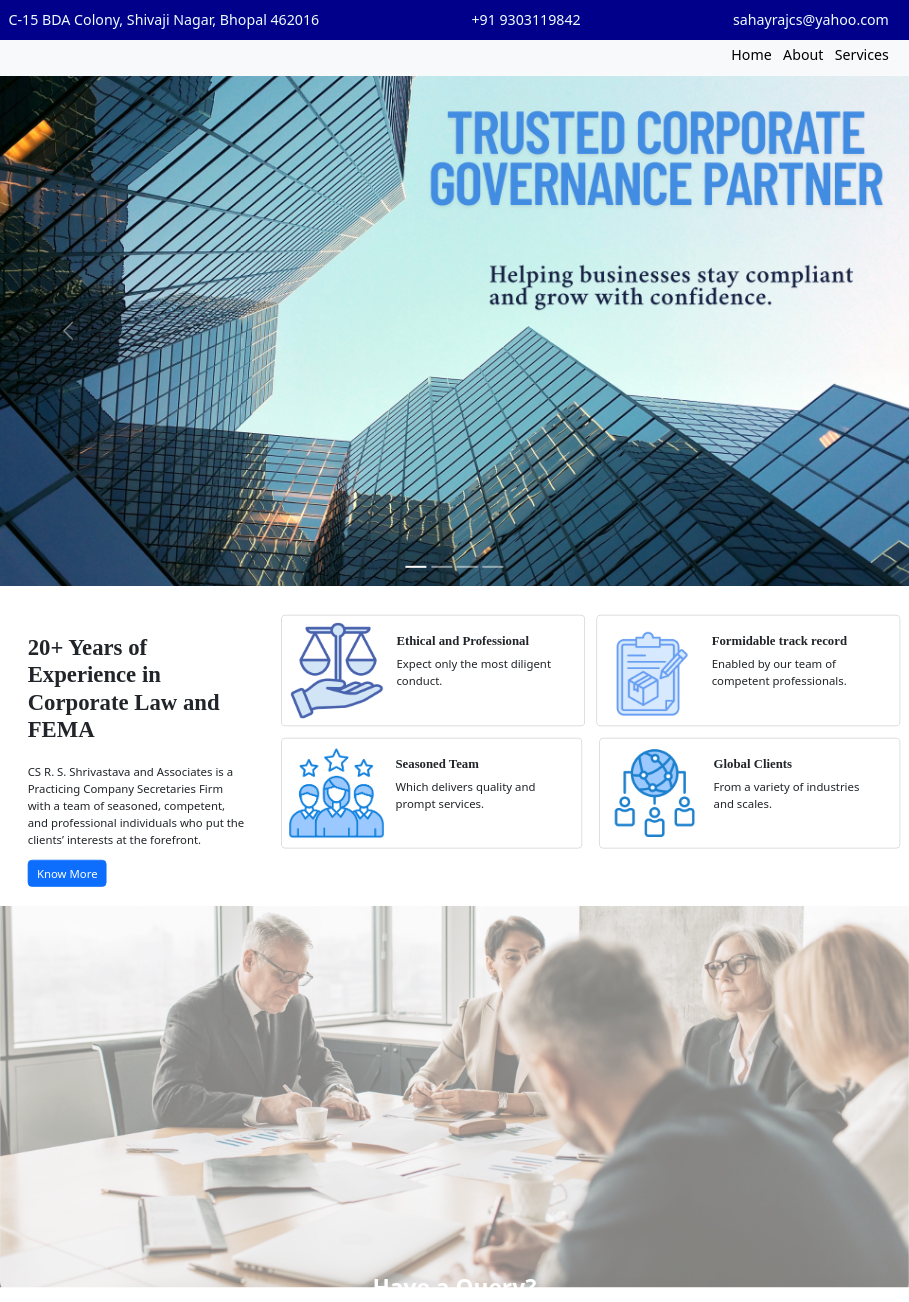
Repository: aayushiss/CS-RSS
Page: index.html
An editor plug-in stored every save of this project. The page is shown before and after the next save, followed by the edit.
The browser window is 1280 px wide. The pictures show the whole page, at 71% of full size.

Above is the page before, as saved 2025-05-15 18:40:23.

After the next save:
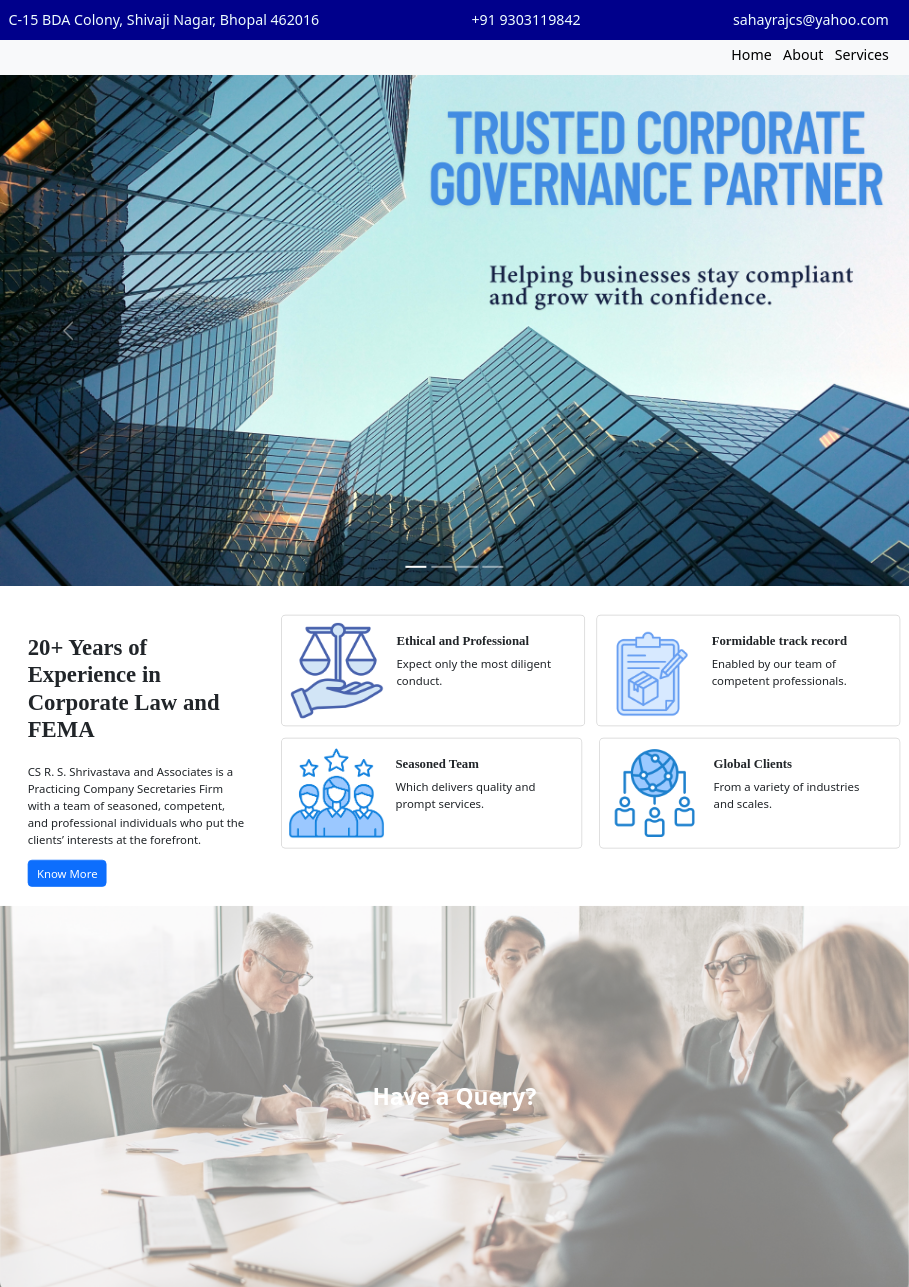
Saved 28 s later.
--- a/index.html
+++ b/index.html
@@ -155,9 +155,9 @@
           </div>
       </div>
 
-      <div class="position-relative">
+      <div class="position-relative text-center">
       <img src="images/haveAQuery.jpg" class="img-fluid" alt="..." style="opacity: .5;">
-      <h2 class="position-absolute top-20 start-50 translate-middle text-white fw-bold">
+      <h2 class="position-absolute top-50 start-50 translate-middle text-white fw-bold">
         Have a Query?
       </h2>
     </div>
